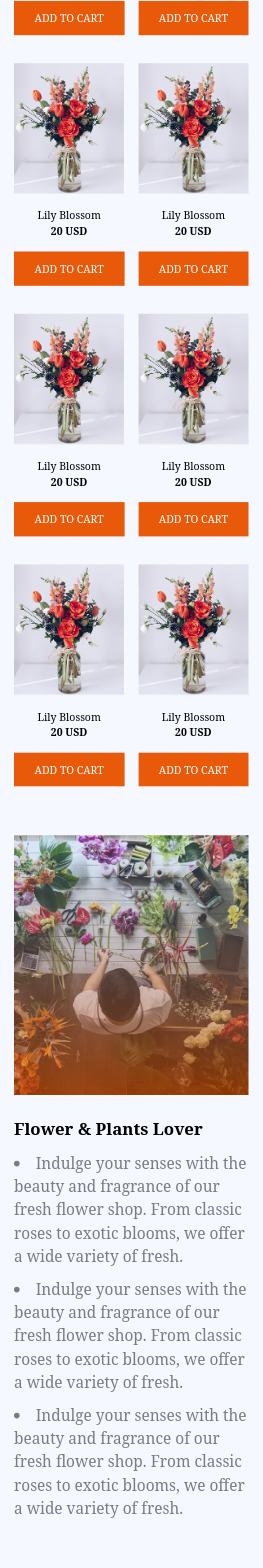
Repository: nahid-hasann/website-7
Page: index.html
The author's editor kept a copy of each file at every save. The page is drawn from the files as they stood at one save, then again after the next save.
The browser window is 375 px wide. The pictures show the part of the page from y = 1146 to 3386 px (the page is 3386 px tall before and 3143 px after), at 70% of full size.
Some web libraries are served in a nearby version.

Above is the page before, as saved 2025-07-24 13:21:09.

After the next save:
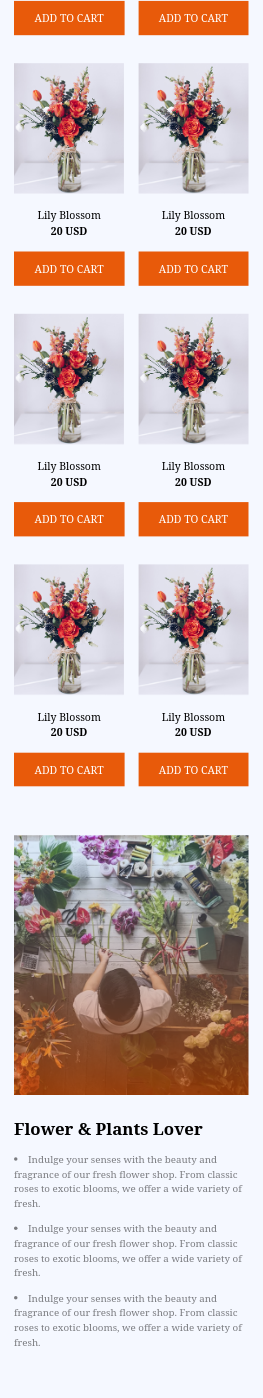
Saved 4 s later.
--- a/style.css
+++ b/style.css
@@ -285,7 +285,7 @@ nav{
 }
 
 .plants-lover-content or li{
-    font
+    font-size: 14px;
 }
 
 .plants-lover-content or li:nth-child(2){
